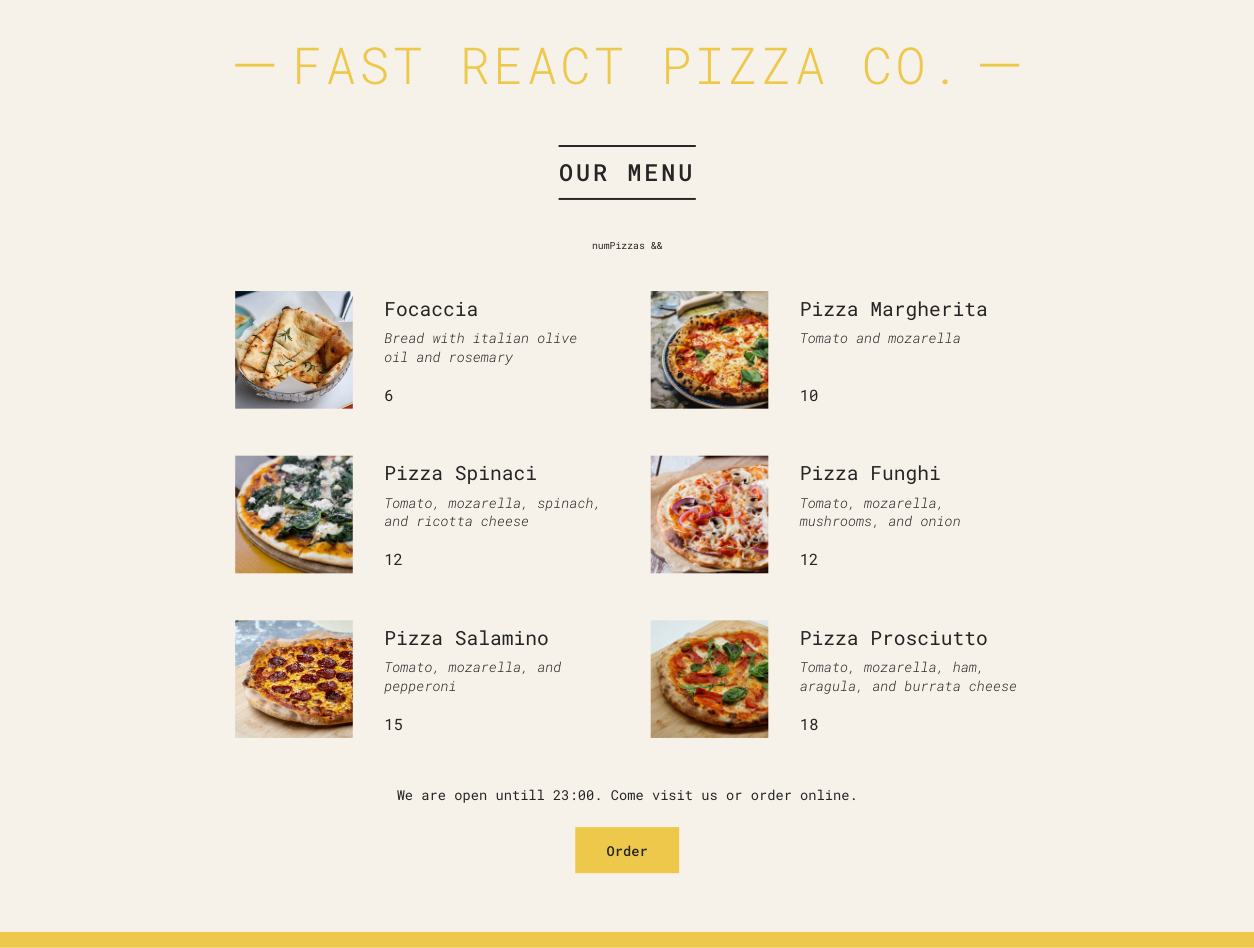
Repository: Aaryan-Poria/pizza-menu
Page: /
An editor plug-in stored every save of this project. The page is shown before and after the next save, followed by the edit.
The browser window is 1280 px wide. The pictures show the whole page, at 98% of full size.
The project was rebuilt for these pictures with package versions that can differ from the ones it lists, and the page was loaded fresh each time.

Above is the page before, as saved 2023-10-21 20:07:09.

After the next save:
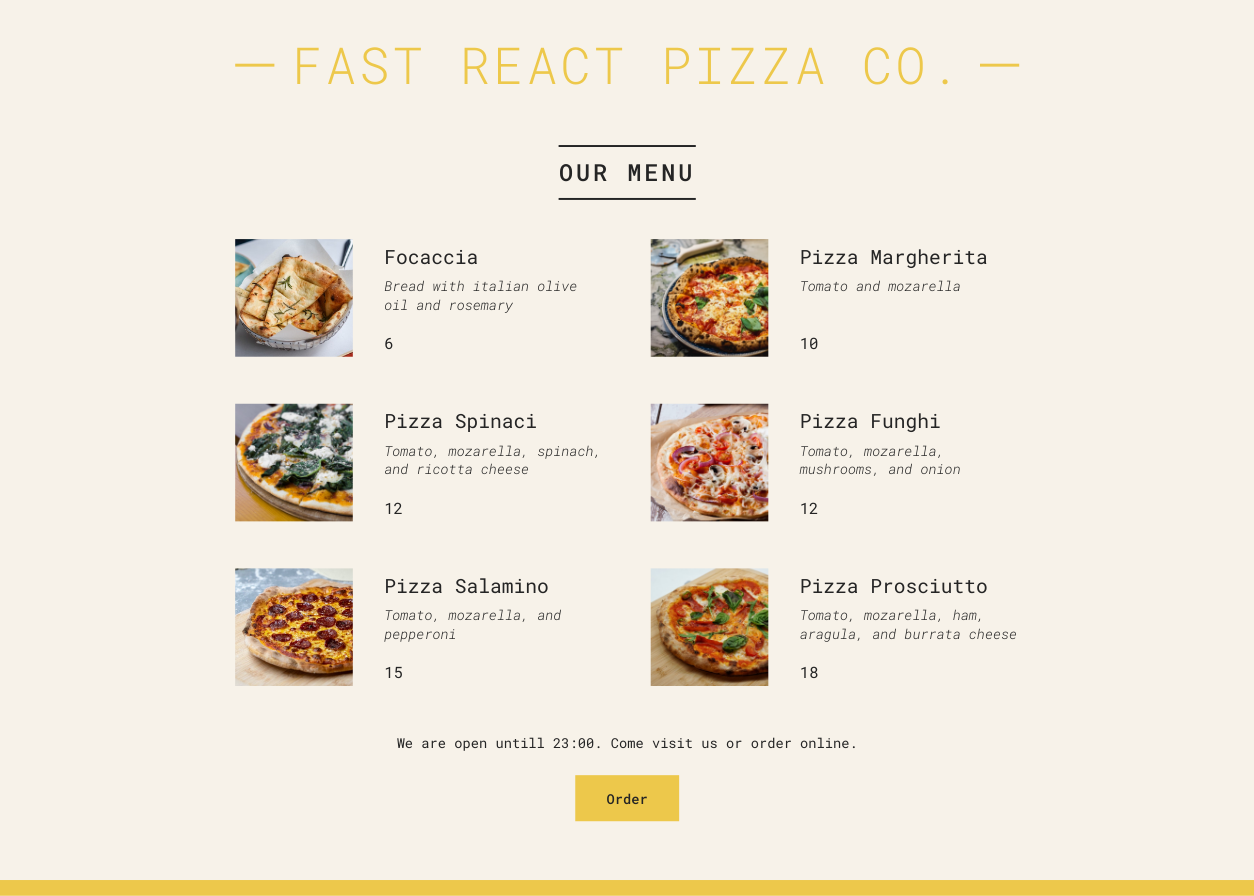
Saved 36 s later.
--- a/src/index.js
+++ b/src/index.js
@@ -71,12 +71,13 @@ function Menu() {
   return (
     <main className="menu">
       <h2> Our Menu</h2>
-      numPizzas &&{" "}
-      <ul className="pizzas">
-        {pizzas.map((pizza) => (
-          <Pizza pizzaObj={pizza} key={pizza.name} /> // Passing in the Props
-        ))}
-      </ul>
+      {numPizzas > 0 && (
+        <ul className="pizzas">
+          {pizzas.map((pizza) => (
+            <Pizza pizzaObj={pizza} key={pizza.name} /> // Passing in the Props
+          ))}
+        </ul>
+      )}
       {/*
       yellow {} ABOVE = to enter JS mode
       Each pizzaObj is a pizza from our pizzaDATA array
